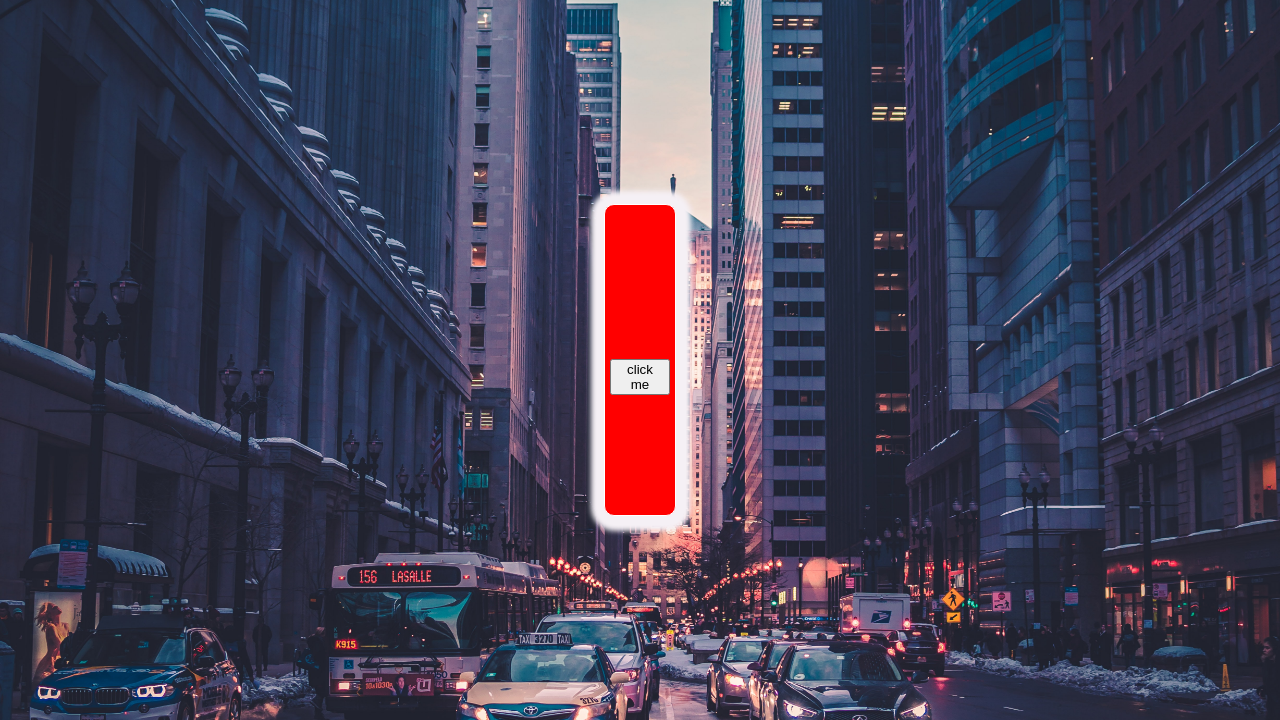
Repository: lamilekan263/random_advice
Page: /
These files come from the project's save history. The page is drawn as it stood at one moment and after the next save; the edit follows.
The browser window is 1280 px wide. The pictures show the whole page.
The page's requests for data from a server got no answer. The project was rebuilt for these pictures with package versions that can differ from the ones it lists, and the page was loaded fresh each time. No one was signed in, and anything a server would have sent is missing.

Above is the page before, as saved 2020-08-10 14:50:54.

### src/App.js
import React from 'react';
import './App.css';
import axios from 'axios'

class App extends React.Component{

  state = {
    advice : ''
  }
 componentDidMount(){
    this.getAdvice()
  }

  getAdvice = ()=>{
    axios.get('https://api.adviceslip.com/advice')
    .then((response) =>{
      const { advice } = response.data.slip;
      console.log(advice)
      this.setState({ advice })
    })

  }

  render(){
    return(
      <div className="app">
        <div className="card">
          <h1> {this.state.advice}</h1>

          <button onClick = {this.getAdvice}>click me</button>
        </div>
      </div>
    )
  }
}


export default App

### src/App.css
body{
  margin:0;
  padding: 0;
  background-image: url('./bg.jpg');
  background-size: cover;
  background-repeat: no-repeat;
  height:100vh;
  background-position: center;
  background-color: linear-gradient(rgba(5, 4, 4, 0.3));
  display:flex;
  justify-content: center;
  text-align:center;
  align-items: center;
}

.card{
  width:80%;
  margin: 0 auto;
  background-color:red;
  background: linear-gradient(rgba(0,0,0,0.3));
  border:1px solid white;
  padding:5px;
  border-radius: 10px;
  height:300px;
  display:flex;
  flex-direction:column;
  justify-content: center;
  text-align:center;
  align-items: center;
  -webkit-box-shadow: 1px 1px 5px 14px rgba(245,240,245,1);
  -moz-box-shadow: 1px 1px 5px 14px rgba(245,240,245,1);
  box-shadow: 1px 1px 5px 14px rgba(245,240,245,1);


}
h1{
  font-family: monospace;
  color:whitesmoke;
}

Loaded but not shown: public/index.html (common file); src/index.js (common file); src/index.css (common file); src/serviceWorker.js (common file)

After the next save:
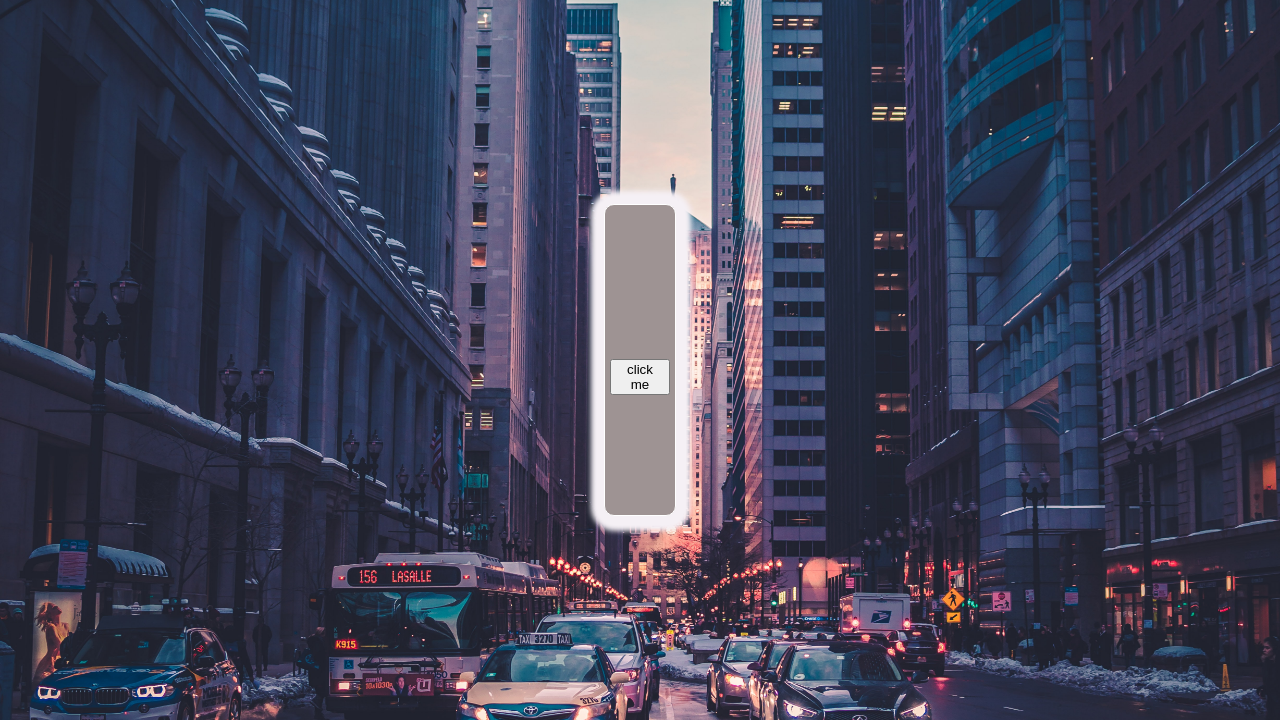
Saved 15 s later.
--- a/src/App.css
+++ b/src/App.css
@@ -16,7 +16,7 @@ body{
 .card{
   width:80%;
   margin: 0 auto;
-  background-color:red;
+  background-color:rgb(158, 147, 147);
   background: linear-gradient(rgba(0,0,0,0.3));
   border:1px solid white;
   padding:5px;
